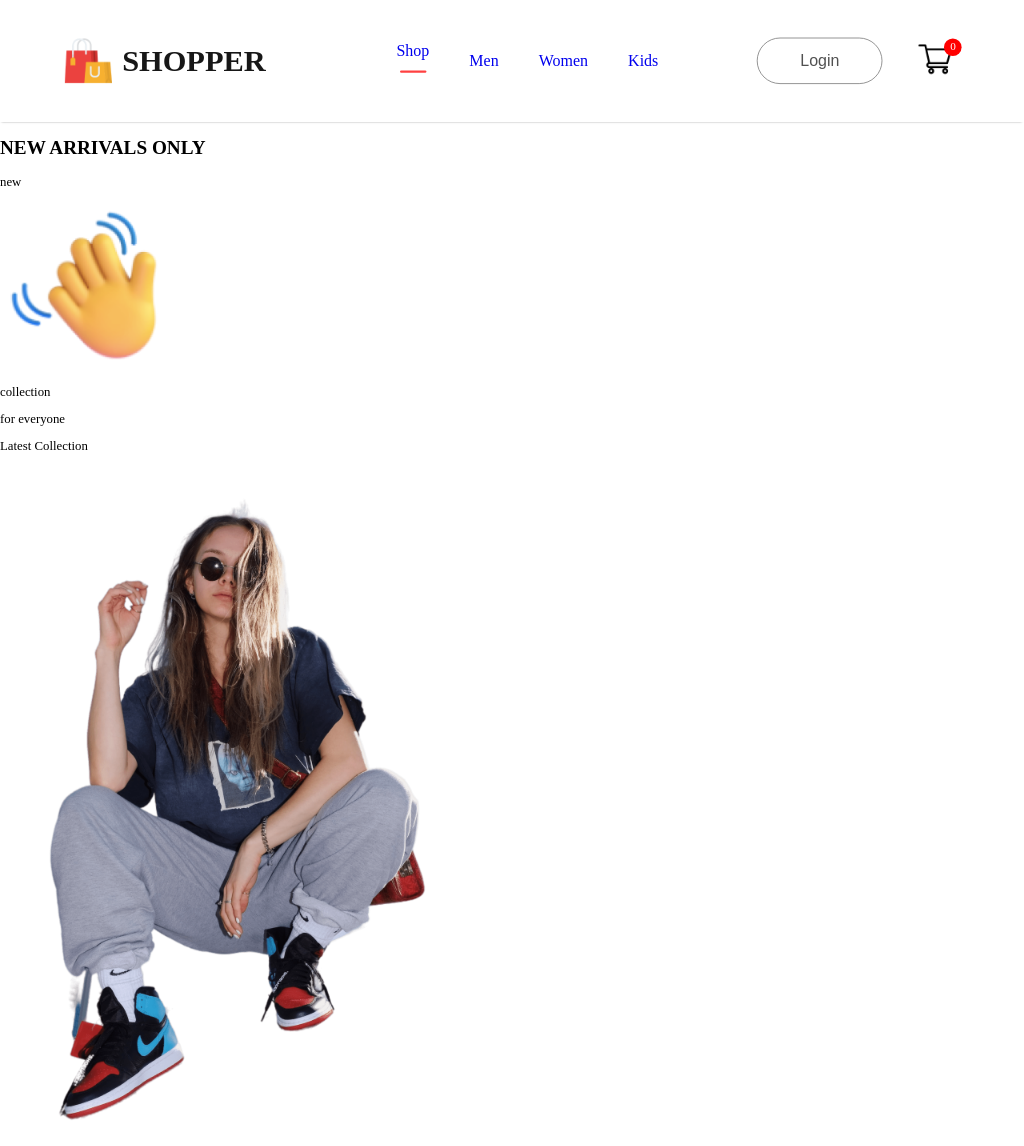
Repository: Ego-Wolf/Deploy-Reactjs-Websites
Page: /
The author's editor kept a copy of each file at every save. The page is drawn from the files as they stood at one save, then again after a run of saves.
The browser window is 1280 px wide. The pictures show the whole page, at 80% of full size.
The project was rebuilt for these pictures with package versions that can differ from the ones it lists, and the page was loaded fresh each time. Also part of the build but not shown: src/App.css, src/Pages/ShopCategory.jsx, src/Pages/Product.jsx, src/Pages/LoginSignup.jsx. Imported but missing from the stored project, and not drawn on this page: src/Pages/Cart.

Above is the page before, as saved 2023-11-17 19:25:04.

After the next 2 saves:
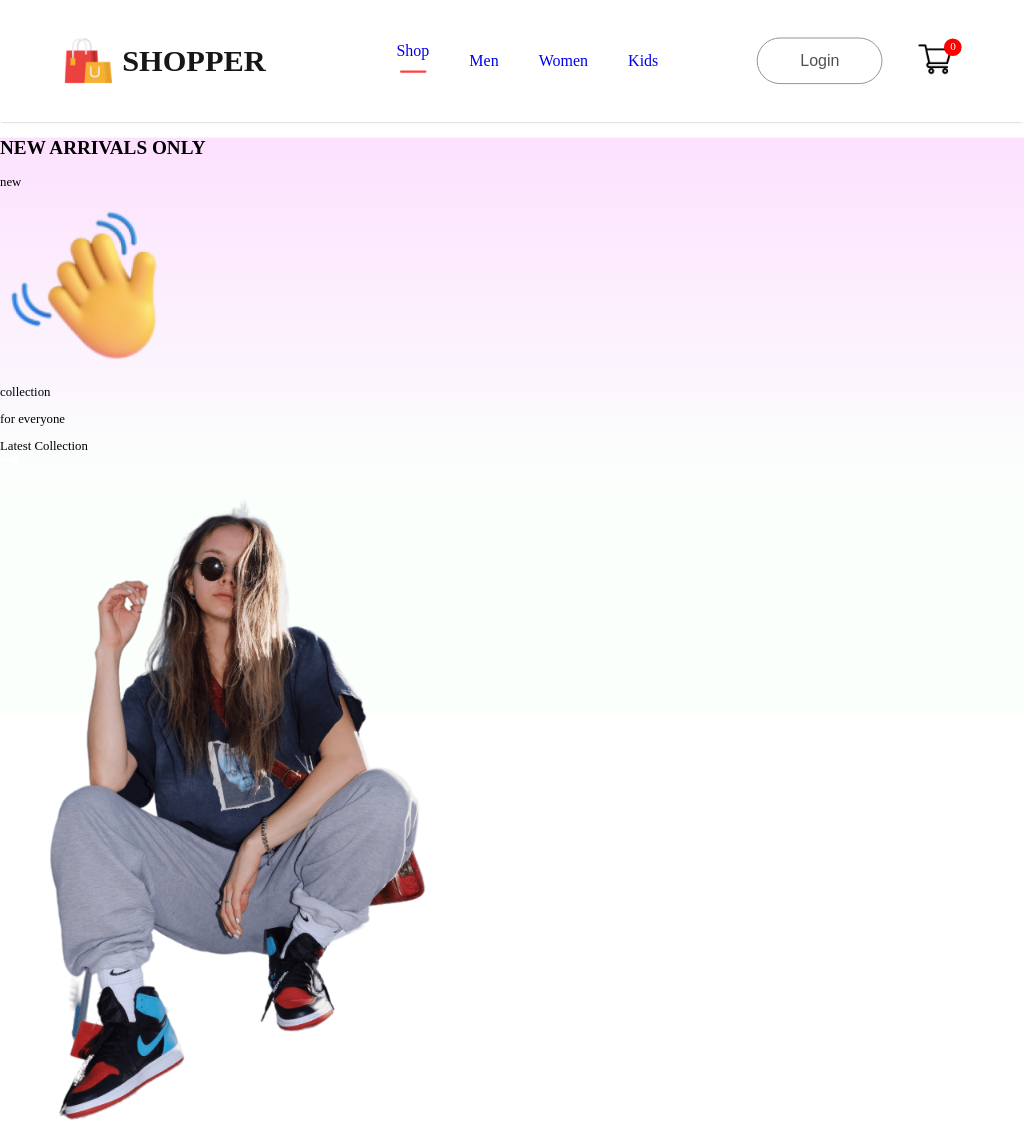
The 2 saves are shown as one change because they came seconds apart.
The last was saved 9 s later.
--- a/src/Components/Hero/Hero.css
+++ b/src/Components/Hero/Hero.css
@@ -1,4 +1,4 @@
 .hero {
     height: 100vh;
-    background: linear-gradient(180deg, #fde)
+    background: linear-gradient(180deg, #fde1ff, #e1ffea22 60%);
 }
